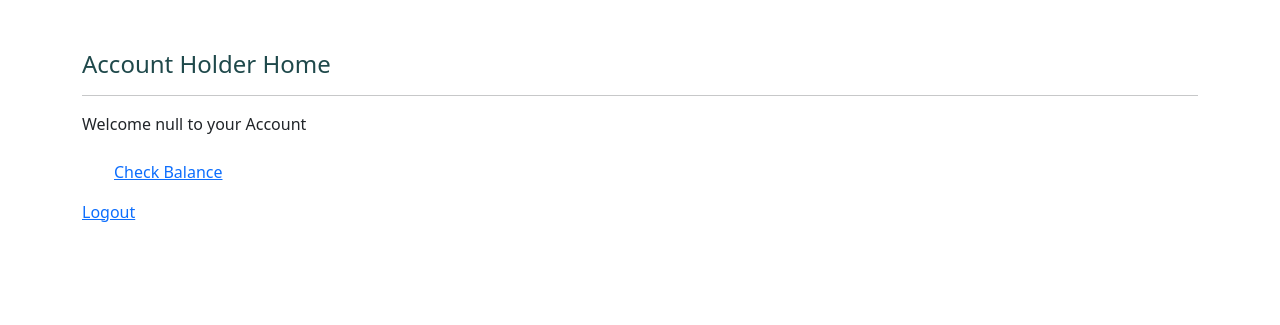
Repository: Kapil-06/My-Java-Projects
Page: http://localhost/MyNetBankingApplication/Customer.jsp
An editor plug-in stored every save of this project. The page is shown before and after the next save, followed by the edit.
The browser window is 1280 px wide. The pictures show the whole page.
The page is served by Tomcat 10. Other server files are loaded and not shown.

Above is the page before, as saved 2023-05-17 03:09:03.

### MyNetBankingApplication/src/main/webapp/Customer.jsp
<%@ page language="java" contentType="text/html; charset=ISO-8859-1"
    pageEncoding="ISO-8859-1"%>
<!DOCTYPE html>
<html>
<head>
<meta charset="ISO-8859-1">
<title>Customer</title>
<link rel="stylesheet" href="bootstrap.min.css">
</head>
<body style="margin-top:50px">
    <div class="container">
        <h4 style="color:rgb(31, 73, 75);">Account Holder Home</h4>
        <hr>
            Welcome <%=session.getAttribute("userid") %> to your Account
        <br>
        <br>
        <ul>
        	<a href="FindBalance.jsp">Check Balance</a>
        </ul>
        <a href="Logout.jsp">Logout</a>
    </div>
</body>
</html>

Loaded but not shown: MyNetBankingApplication/src/main/webapp/bootstrap.min.css (library)

After the next save:
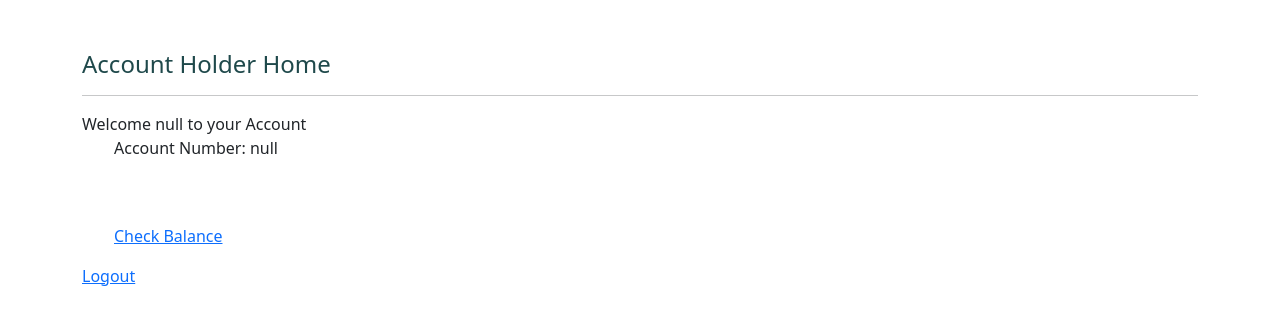
Saved 106 s later.
--- a/MyNetBankingApplication/src/main/webapp/Customer.jsp
+++ b/MyNetBankingApplication/src/main/webapp/Customer.jsp
@@ -12,6 +12,9 @@
         <h4 style="color:rgb(31, 73, 75);">Account Holder Home</h4>
         <hr>
             Welcome <%=session.getAttribute("userid") %> to your Account
+            <ul>
+            	Account Number: <%=session.getAttribute("accno") %>
+            </ul>
         <br>
         <br>
         <ul>
